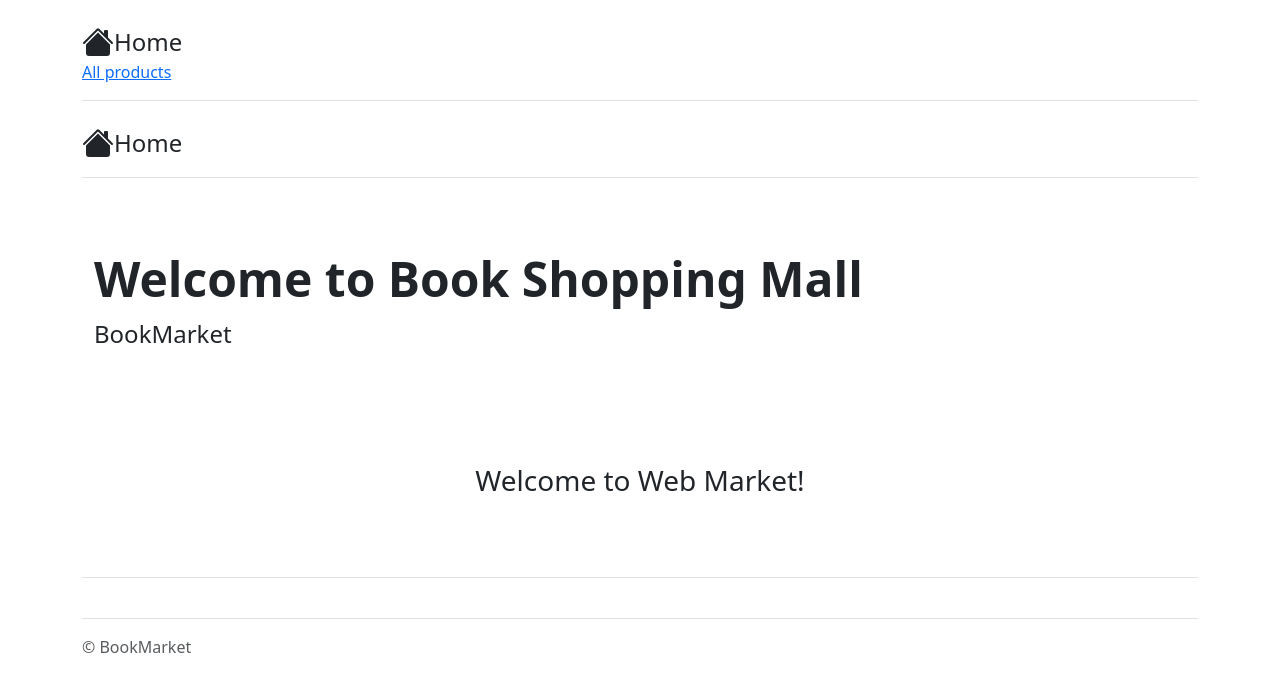
Repository: sanghyunlee7680/JSP-practice
Page: http://localhost/tmpbookmarket/
These files come from the project's save history. The page is drawn as it stood at one moment and after the next save; the edit follows.
The browser window is 1280 px wide. The pictures show the whole page.
The page is served by Tomcat 10.

Above is the page before, as saved 2024-10-11 01:48:48.

After the next save:
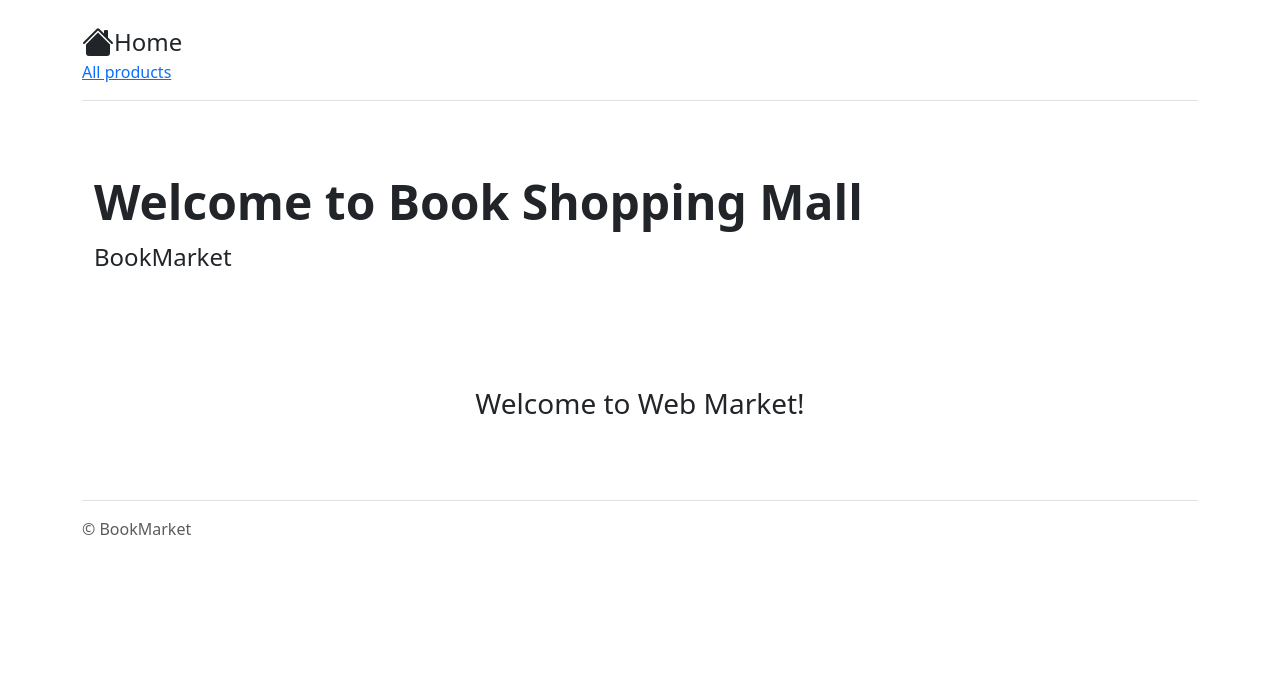
Saved 62 s later.
--- a/tmpbookmarket/src/main/webapp/welcome.jsp
+++ b/tmpbookmarket/src/main/webapp/welcome.jsp
@@ -10,15 +10,6 @@
 <body>
 	<div class="container py-4">
 		<%@ include file="menu.jsp" %>
-		<header class="pb-3 mb-4 border-bottom">
-			<a href="./welcome.jsp" class="d-flex align-items-center text-dark text-decoration-none">
-				<svg  width="32" height="32" fill="currentColor" class="bi bi-house-fill" viewBox="0 0 16 16">
-            		<path d="M8.707 1.5a1 1 0 0 0-1.414 0L.646 8.146a.5.5 0 0 0 .708.708L8 2.207l6.646 6.647a.5.5 0 0 0 .708-.708L13 5.793V2.5a.5.5 0 0 0-.5-.5h-1a.5.5 0 0 0-.5.5v1.293L8.707 1.5Z"/>
-            		<path d="m8 3.293 6 6V13.5a1.5 1.5 0 0 1-1.5 1.5h-9A1.5 1.5 0 0 1 2 13.5V9.293l6-6Z"/>
-        		</svg>
-        		<span class="fs-4">Home</span>
-			</a>
-		</header>
 		<%!
 		String greeting = "Welcome to Book Shopping Mall";
 		String tagline = "Welcome to Web Market!";
@@ -34,9 +25,7 @@
 				</div>
 			</div>
 		</div>
-		<footer class="pt-3 mt-4 text-body-secondary border-top">
 			<%@ include file = "footer.jsp" %>
-		</footer>
 	</div>
 </body>
 </html>
